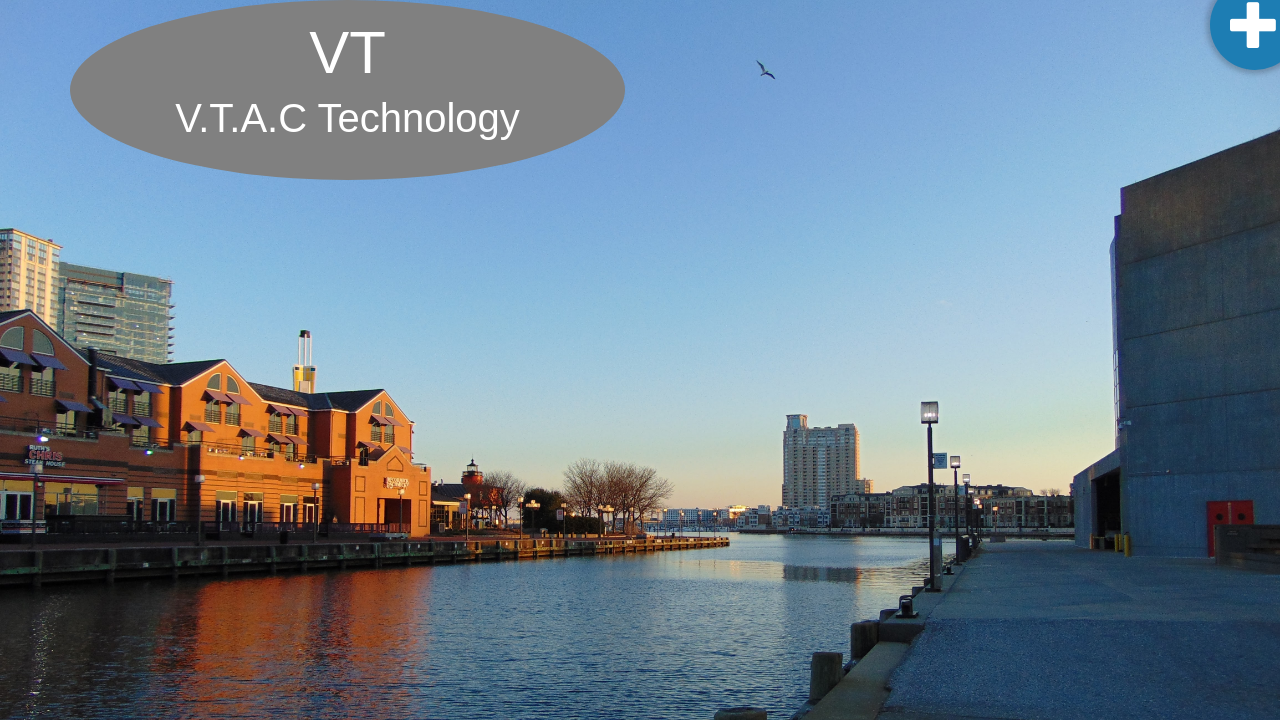
Repository: danidark9312/vtac
Page: http://localhost/vtacTechnology/
These files come from the project's save history. The page is drawn as it stood at one moment and after the next save; the edit follows.
The browser window is 1280 px wide. The pictures show the whole page.
The page is served by Tomcat 9.

Above is the page before, as saved 2017-01-30 18:09:54.
Console error (its wording comes from the project's code and is left out).

After the next save:
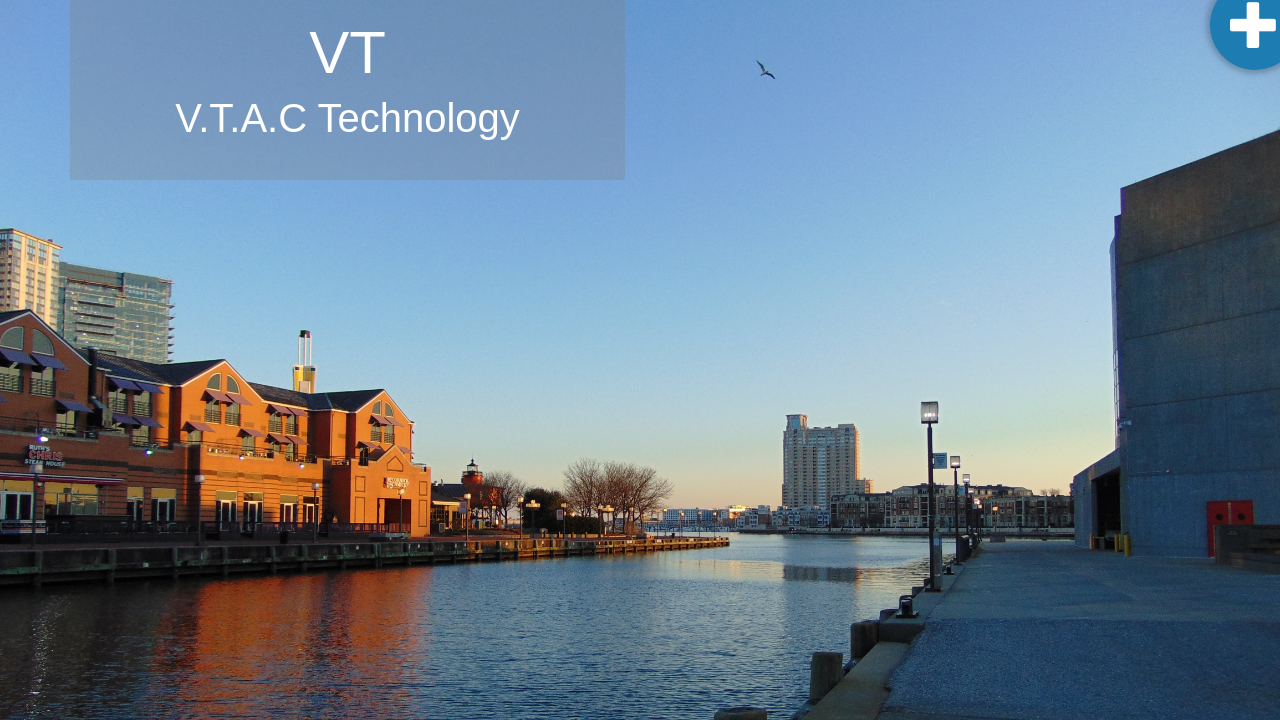
Saved 80 s later.
--- a/vtacTechnology/WebContent/css/common.css
+++ b/vtacTechnology/WebContent/css/common.css
@@ -5,6 +5,7 @@
 :root {
   --main-color: #1d7db3;
   --main-color-highlighted: #e8a05d;
+  --caption-color : rgba(128, 128, 128, 0.29);
 }
 
 *{
@@ -88,9 +89,10 @@ body {
 	    text-align: center;
     padding: 10px;
     /* background-color: var(--main-color);*/
-    background-color: gray;
+    background-color: var(--caption-color);
     color: white;
-    border-radius: 50%;
+
+    /* border-radius: 50%;*/
 }
 
 .mainLogo h1{
